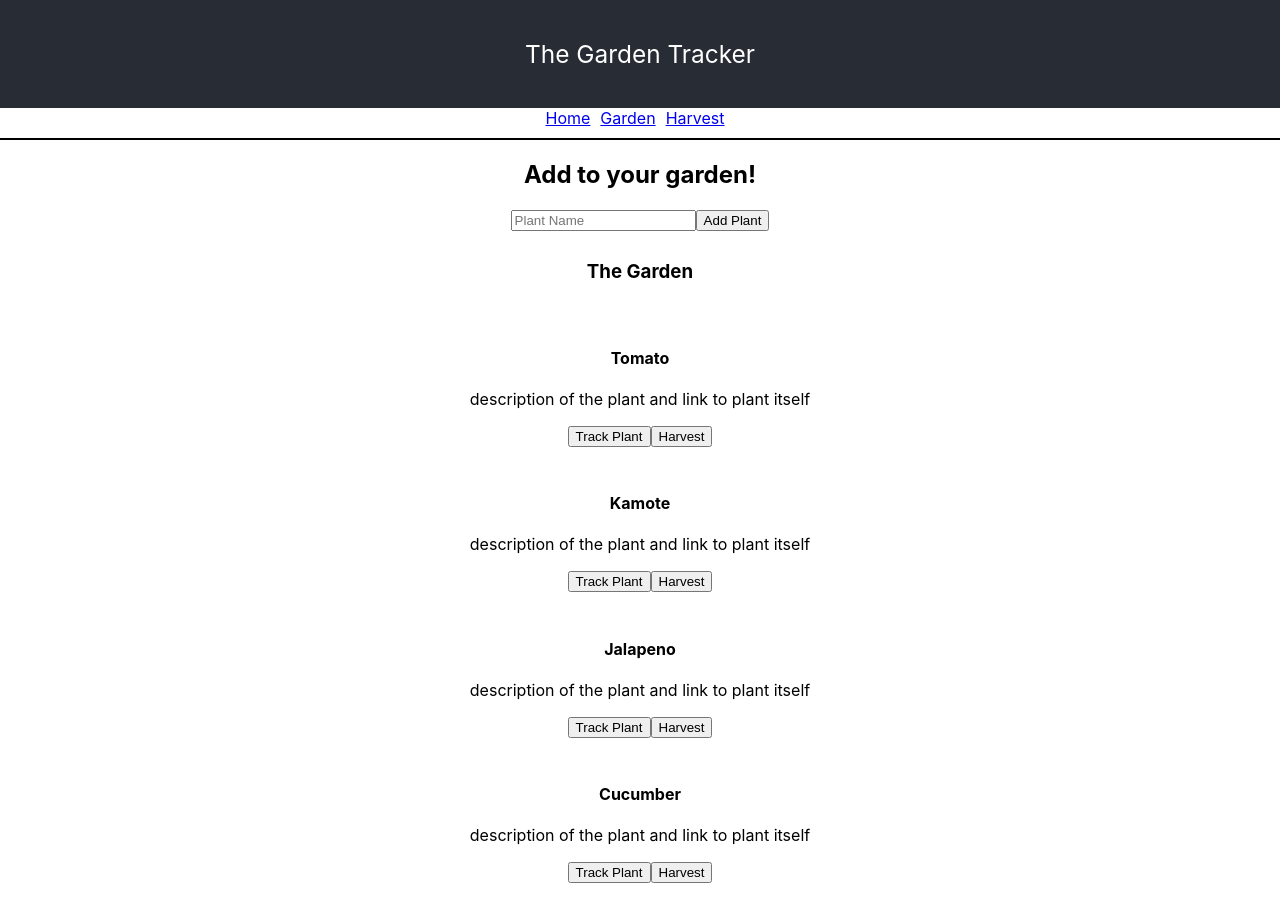
Repository: charliejp0311/gardentracker
Page: /garden
These files come from the project's save history. The page is drawn as it stood at one moment and after the next save; the edit follows.
The browser window is 1280 px wide. The pictures show the whole page.
The project was rebuilt for these pictures with package versions that can differ from the ones it lists, and the page was loaded fresh each time. Also part of the build but not shown: src/components/GardenHome.js, src/components/harvestedPlant.js, src/components/HarvestList.js, src/components/Harvest.js.

Above is the page before, as saved 2020-10-30 12:35:31.

After the next save:
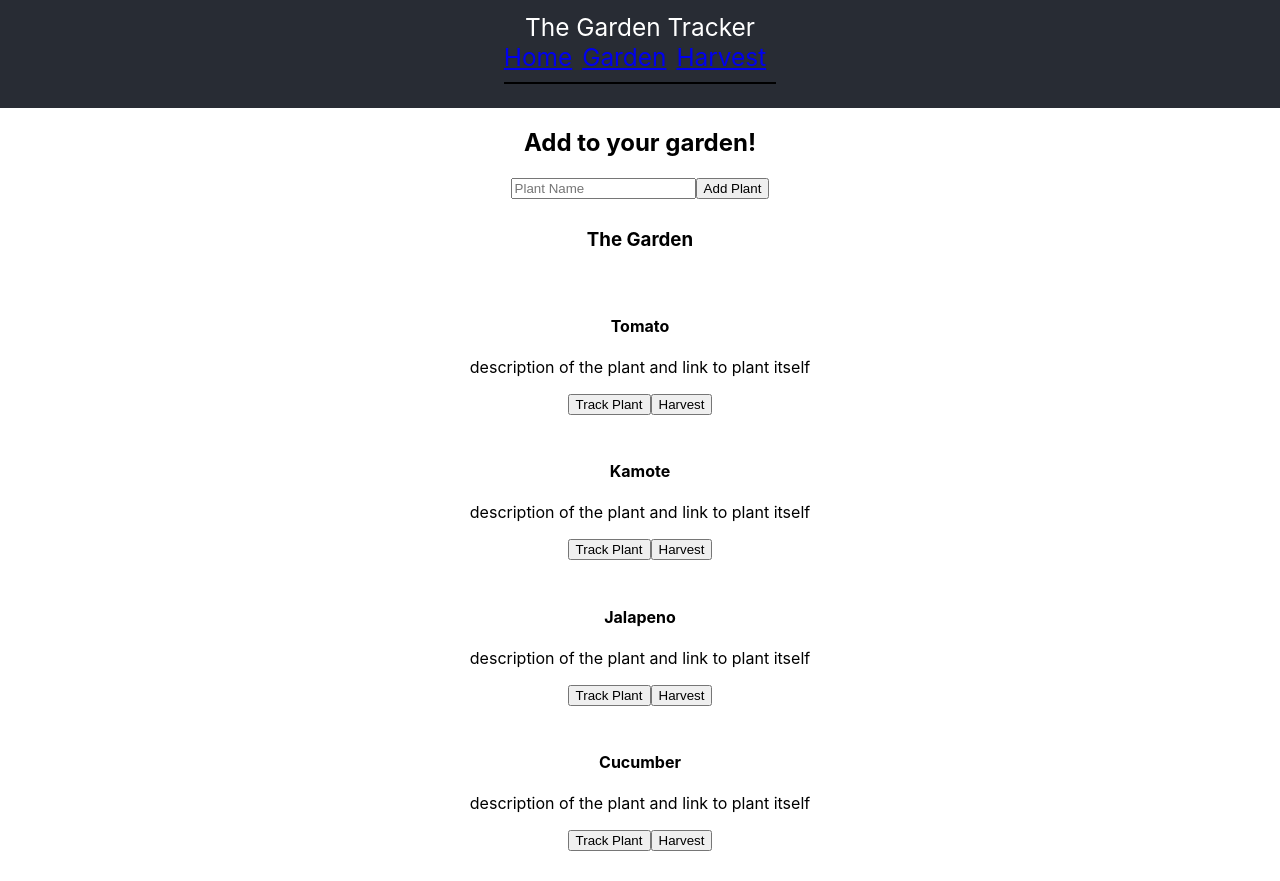
Saved 45 s later.
--- a/src/App.js
+++ b/src/App.js
@@ -1,6 +1,6 @@
 import './App.css';
 import CreateGarden from './components/GardenHome'
-import {BrowserRouter as Router, Route} from 'react-router-dom';
+import { Route} from 'react-router-dom';
 import NavBar from './components/Navbar';
 import Harvest from "./components/Harvest";
 import Garden from './components/Garden'
@@ -10,17 +10,15 @@
     <div className="App">
       <header className="App-header">
         The Garden Tracker
+        <NavBar />
       </header>
-      <Router >
         {/* replace with a fetch garden or send fetch garden to create garden add router? */}
         <div>
-        <NavBar />
         <Route exact path='/' render={routerProps=><CreateGarden {...routerProps} /> }/> {/* Home page what do welcome page shows gardens last event logged to the notes shows plant count shows harvest count */}
         <Route exact path='/garden' render={ routerProps=> <Garden {...routerProps} />}/> {/* Garden page this will show a list of the current plants and allow you to add more plants */}
         <Route exact path='/harvest' render={routerProps=> <Harvest {...routerProps} />}/> {/* Harvest page shows a list of harvested plants this is not editable stands as a living record of your garden*/}
         {/*<Route />*/} {/* Plant page shows the plant and a form to add notes to the plant has pre-determined buttons that  add a templated event to the plant tracker notes*/}
         </div>
-      </Router>
     </div>
   );
 }

After the save that followed:
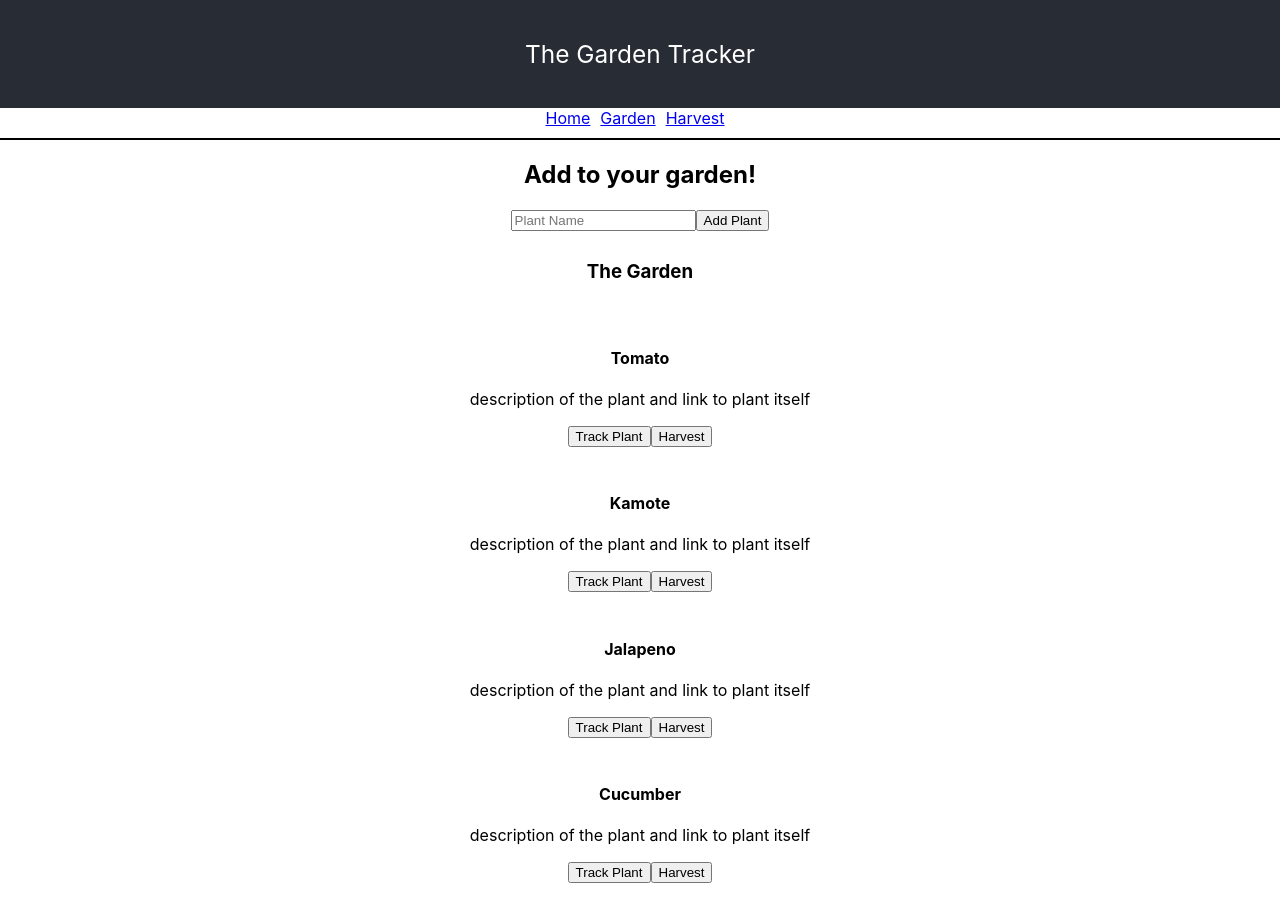
Saved 45 s later.
--- a/src/App.js
+++ b/src/App.js
@@ -10,8 +10,8 @@
     <div className="App">
       <header className="App-header">
         The Garden Tracker
+      </header>
         <NavBar />
-      </header>
         {/* replace with a fetch garden or send fetch garden to create garden add router? */}
         <div>
         <Route exact path='/' render={routerProps=><CreateGarden {...routerProps} /> }/> {/* Home page what do welcome page shows gardens last event logged to the notes shows plant count shows harvest count */}
